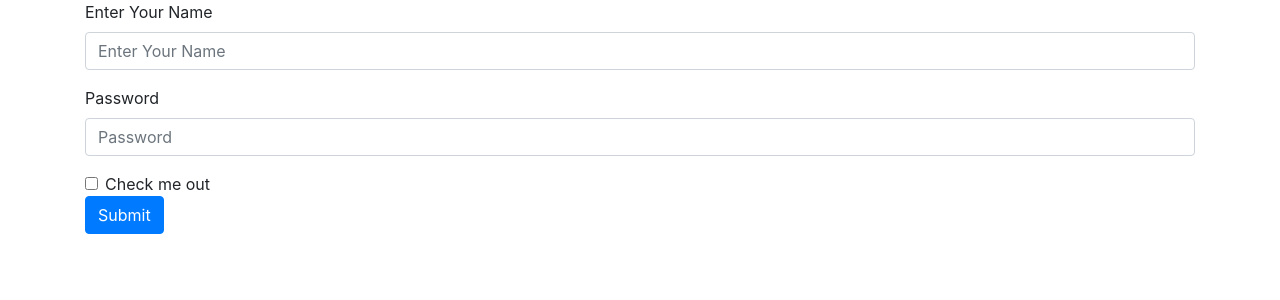
Repository: AMIT1439027/crud-app
Page: http://localhost/user.php
These files come from the project's save history. The page is drawn as it stood at one moment and after a run of saves; the edit follows.
The browser window is 1280 px wide. The pictures show the whole page.
The page is run by PHP 8.4 with error messages shown; the project is at /var/www/html/.

Above is the page before, as saved 2024-04-25 10:05:19.

### user.php
<!doctype html>
<html lang="en">
  <head>
    <!-- Required meta tags -->
    <meta charset="utf-8">
    <meta name="viewport" content="width=device-width, initial-scale=1, shrink-to-fit=no">

    <!-- Bootstrap CSS -->
    <link rel="stylesheet" href="https://cdn.jsdelivr.net/npm/bootstrap@4.0.0/dist/css/bootstrap.min.css" integrity="sha384-Gn5384xqQ1aoWXA+058RXPxPg6fy4IWvTNh0E263XmFcJlSAwiGgFAW/dAiS6JXm" crossorigin="anonymous">

    <title>Crud Operation</title>
  </head>
  <body>
  <div class="container">

  <form method ="post">
  <div class="form-group">
    <label >Enter Your Name</label>
    <input type="email" class="form-control" placeholder="Enter Your Name ">

  </div>
  <div class="form-group">
    <label for="exampleInputPassword1">Password</label>
    <input type="password" class="form-control" id="exampleInputPassword1" placeholder="Password">
  </div>
  <div class="form-check">
    <input type="checkbox" class="form-check-input" id="exampleCheck1">
    <label class="form-check-label" for="exampleCheck1">Check me out</label>
  </div>
  <button type="submit" class="btn btn-primary">Submit</button>
</form>
  </div>

  </body>
</html>

After the next 2 saves:
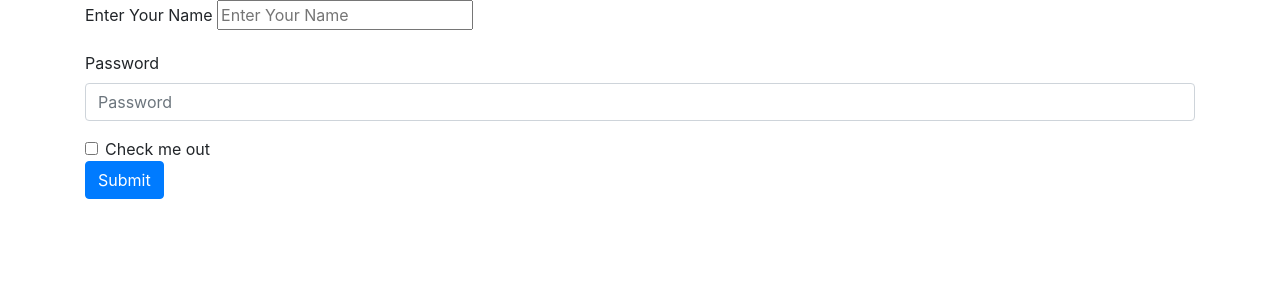
The 2 saves are shown as one change because they came seconds apart.
The last was saved 7 s later.
--- a/user.php
+++ b/user.php
@@ -16,7 +16,7 @@
   <form method ="post">
   <div class="form-group">
     <label >Enter Your Name</label>
-    <input type="email" class="form-control" placeholder="Enter Your Name ">
+    <input type="text class="form-control" placeholder="Enter Your Name ">
 
   </div>
   <div class="form-group">
